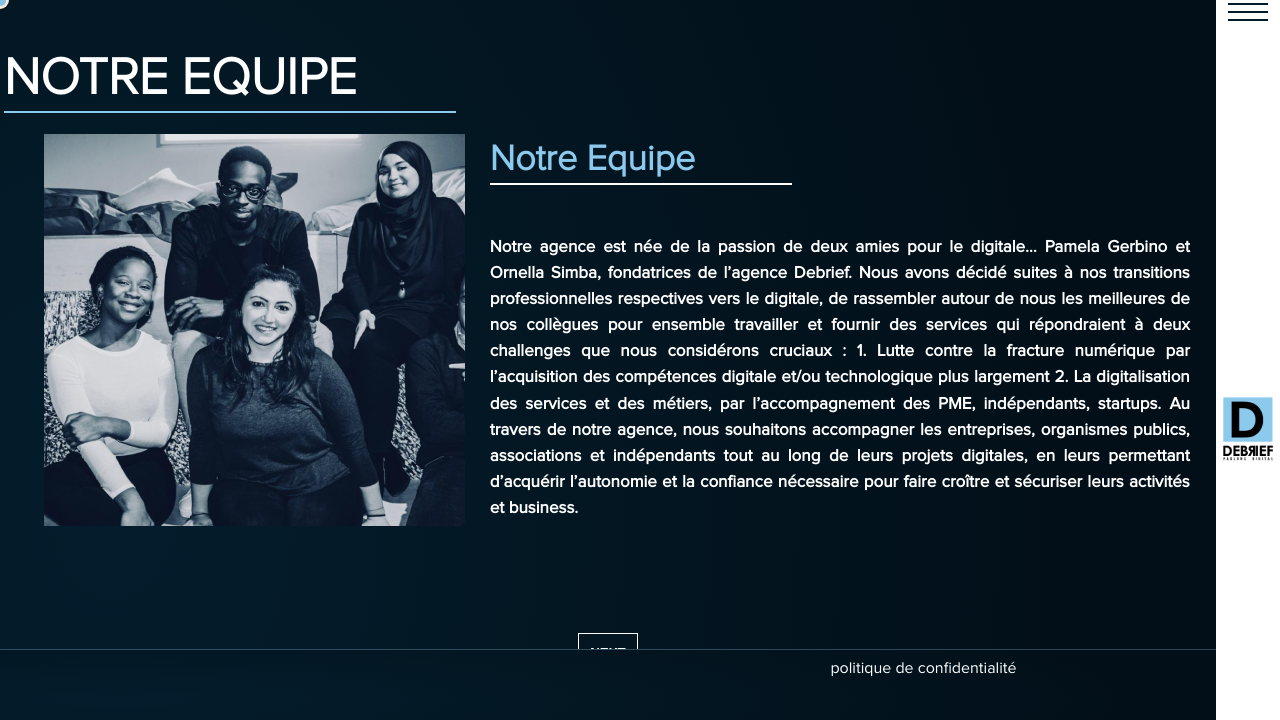
Repository: keloriane/debriefs
Page: /debriefs/a-propos
These files come from the project's save history. The page is drawn as it stood at one moment and after the next save; the edit follows.
The browser window is 1280 px wide. The pictures show the whole page.
The project was rebuilt for these pictures with package versions that can differ from the ones it lists, and the page was loaded fresh each time. Also part of the build but not shown: src/components/Title/Title.jsx, src/components/page/Contact/Contact.jsx, src/components/Nav/Nav.jsx, src/components/page/Home/Home.jsx, src/components/page/Service/Services.jsx, src/components/page/Service/ServiceDetails.jsx, src/components/page/Webinaire/Webinaires.jsx, src/components/page/Techspace/Techspace.jsx and 7 more. Imported but missing from the stored project, and not drawn on this page: src/assets/video/video.mp4.

Above is the page before, as saved 2020-07-28 13:51:26.

### public/index.html
<!DOCTYPE html>
<html lang="en">
  <head>
    <meta charset="utf-8" />
    <link rel="icon" href="%PUBLIC_URL%/favicon.ico" />
    <meta name="viewport" content="width=device-width, initial-scale=1" />
    <meta name="theme-color" content="#000000" />
    <meta
      name="description"
      content="Web site created using create-react-app"
    />
    <link rel="apple-touch-icon" href="%PUBLIC_URL%/logo192.png" />
    <link href="https://fonts.googleapis.com/css2?family=Inter:wght@300;400;600;700&display=swap" rel="stylesheet">
    <link rel="manifest" href="%PUBLIC_URL%/manifest.json" />
    <title>React App</title>
  </head>
  <body>
    <noscript>You need to enable JavaScript to run this app.</noscript>
    <div id="root"></div>
  </body>
</html>

### src/App.scss

@import "./assets/style/module/variables.scss";
@import "./assets/style/module/breakpoints.scss";



h2, h3{
  font-family:$proxyL;
}
button{
  color: $white;
}
body,
html {
  user-select: none;
  background: $white;
  overscroll-behavior: none;
  margin: 0;
  font-family: "Proxima";
  -webkit-font-smoothing: antialiased;
  -moz-osx-font-smoothing: grayscale;
}

.container {
  width: 1560px;
  min-width: 1560px;
  margin: 0 auto;
  height: 100%;
  @include media("<=1560px") {
    width: 1280px;
    min-width: 1280px;
  }
  @include media("<=desktop") {
    width: 1080px;
    min-width: 1080px;
  }
  @include media("<=1080px") {
    width: 100%;
    min-width: 100%;
  }
  .row {
    display: flex;
    height: 95%;
    padding: 0 32px;
    @include media("<=phone") {
      padding: 0 16px;
    }
  }
  .v-center {
    align-items: center;
  }
  .space-between {
    justify-content: space-between;
  }
}
.intro-container{
  width: 100vw;
  height: 100vh;
  overflow: hidden;
  display: flex;
  align-items: center;
  justify-content: center;
  background: radial-gradient(80.27% 180.6% at 9.33% 71.2%, #0D0D0D 0%, #041D2C 100%);

}

#loader{
  width: 30vw;
}

path{
  overflow: hidden;
}

a{
  text-decoration: none;
}

.container-fluid {
  width: 95%;
  height: 100%;
  .row {
    display: flex;
    height: 95%;
  }

}
#page{
  background: radial-gradient(80.27% 180.6% at 9.33% 71.2%, #0D0D0D 0%, #020f18 100%);
  width: 100vw;
  height: 100vh;
  background-color: #fff;
  overflow: inherit;
  @include media('<=tablet'){
    height: 100%;
    width: 100%;
  }
}

*{
  padding: 0;
  margin: 0;

}

### src/components/page/Main/Main.jsx
import React,{useState} from "react";
import "./main.scss";

import "./main.scss";
import {teams} from "./team";
import { HomeB } from "../../BreadCrumbs/HomeB";

const Main = () => {

    let [index , setIndex] = useState(0)

    console.log(index);

    const [slide , setSlide] = useState({
        team : teams[index]
    })
    console.log(slide);

    const nextSlide = () => {

        setIndex(index+1)
        setSlide({
            team: teams[index]
        })
        if(index === 2 ){
            setIndex(0)
        }
    }



    return (
        <>
        <div id="main-about-page">
            <div className="logo-content-about">
                <HomeB />
            </div>
            <div className="about-media-content">
                <div className="title-content">
                    <h2>NOTRE EQUIPE</h2>
                    <div className="underline"></div>
                </div>
                <div className="team-content">

                <div className="image-container">
                    <img src={slide.team.image} alt="" />
                </div>

            <div className="about-text-content">
                <h3 className="about-title">{slide.team.title}</h3>
                <div className="underline-about"></div>
                <p className="about-text">
                   {slide.team.about}
                </p>
            </div>
            </div>

                </div>
        <button onClick={nextSlide}>
            next
        </button>
        </div>
        </>
    )
}
export default Main;

### src/components/page/Footer/Footer.jsx
import React from "react";
import "./footer.scss"

const Footer = () => {
    return (
        <div id="footer">
            <div className="logo-footer">


            </div>
            <div className="links">
            <a href="politique de fonidentialité pdf">politique de confidentialité</a>

            </div>
        </div>
    )
}
export default Footer;

### src/assets/style/module/variables.scss
$white:#ffffff;
$lBlue:#8CCAED;
$dBlue:#041D2C;
$gradient: radial-gradient(80.27% 180.6% at 9.33% 71.2%, #041d2c 0%, #020f18 100%);
$gradientInner: radial-gradient(80.27% 180.6% at 9.33% 71.2%, #041B28 0%, #03141F 100%);
$proxy: "Proxima";
$proxyB: "Proxima-bold";
$proxyL: "Proxima-light";


@font-face {
    font-family: "Proxima";
    src: url("./../../fonts/ProximaNova-Regular.otf") format("opentype"),


}

@font-face {
    font-family: "Proxima-bold";
    src: url("./../../fonts/ProximaNova-Bold.otf") format("opentype"),
}
@font-face {
    font-family: "Proxima-light";
    src: url("./../../fonts/ProximaNova-Light.otf") format("opentype"),
}

### src/components/page/Main/main.scss
//head
@import "./../../../assets/style/module/variables.scss";
@import "./../../../assets/style/module/breakpoints.scss";

.logo-content-about{
  svg{

    @include media("<=1365px"){
      display: none;
    }
  }
}


#main-about-page {
  display: flex;
  color: $white;
  justify-content: space-around;
  width: 95vw;
  height: 100vh;
  align-items: center;
  background: $gradient;
  flex-wrap: wrap;
  @include media("<=tablet"){
    height: 100%;
  }
  .about-media-content{
    display: flex;
    flex-flow: column;
    height: 490px;
    justify-content: space-around;
    .team-content{
      display: flex;

    }
    .image-container{
      margin-left: 40px;
      display: flex;
      align-items: center;
      @include media("<=tablet"){
        margin-left: 0;
      }
      img{
        width: 100%;
        max-width: 450px;
        min-width: 310px;
      }
    }

    h2 {
      font-size: 52px;
      line-height: 63px;
      color: #FFFFFF;
      @include media("<=tablet"){
        font-size: 4vw;
      }
    }

  }



  .about-text-content {
    max-width: 700px;
    width: 100%;
    padding:25px;
    p{
      text-align: justify;
    }

    .underline-about {
      width: 100%;
      max-width: 300px;
      border: .5px solid #FFFFFF;
    }

    .about-title {
      font-weight: 600;
      font-size: 36px;
      line-height: 45px;

      color: $lBlue;
    }

    .about-text {
      margin-top: 50px;
      font-weight: 600;
      font-size: 17px;
      line-height: 154.3%;
      /* or 25px */


      color: #FFFFFF;

    }
  }

}

### src/components/Cursor/cursor.scss
@import "./../../assets//style/module/easing.scss";
@function rem($pixel) {
    @return $pixel/16+rem;
}
$desktop: 1920px;
.c-cursor {
    height: rem(18);
    position: fixed;
    left: rem(-9);
    top: rem(-9);
    z-index: 9;
    width: rem(18);
    display: flex;
    justify-content: center;
    align-items: center;
    transition: 1s cubic-bezier(0.19, 1, 0.22, 1);
    pointer-events: none;
    backface-visibility: hidden;
    mix-blend-mode: difference;
    &:before {
        // border: 1px solid hsla(0, 0%, 83%, 1);
        background-color: #ffffff;
        border-radius: 50%;
        height: 100%;
        content: "";
        width: 100%;
        position: absolute;
        left: 0;
        top: 0;
        mix-blend-mode: difference;
        .is-hover & {
            mix-blend-mode: difference;
            transform: scale(2.5);
            transition: all 0.3s $easeOutQuad;
        }
    }
}

button {
    height: 40px;
    width: 60px;
}

#box-css {
    animation: slidein 20s infinite;
}

@keyframes slidein {
    from {
        transform: translateX(-500px);
    }
    to {
        transform: translateX(1000px);
    }
}

#inner-cursor {
    height: 10px;
    position: fixed;
    z-index: 10;
    width: 10px;
    display: flex;
    left: -0.25rem;
    top: -0.25rem;
    justify-content: center;
    align-items: center;
    background-color: #85C3E6;
    border-radius: 100%;
    pointer-events: none;
    &:before {
        background-color: #85C3E6;
        border-radius: 50%;
        height: 100%;
        width: 100%;
        position: absolute;
        left: 10;
        top: 10;
        .is-hover & {
            border: 1px solid hsla(274, 100%, 50%, 1);
            transform: scale(2.5);
        }
    }
}

### src/components/page/Service/services.scss
@import "./../../../assets//style//module/variables.scss";
@import "./../../../assets//style//module/breakpoints.scss";
#services {
  background: $gradient;
  width: 95vw;
  height: 100vh;
  display: flex;
  align-items: center;
  .logo-bread{
    margin-left: 40px;
  }
  .logo-layer{
    margin-left: 50px;
  }
  @include media('<=652px'){
    height: 100%;
  }
  @include media('<=phone'){
    height: 100%;
    width: 320px;
    margin: 0 auto;
    background:none;
  }

  .service-container {
    margin: 0 auto;
  }
  .title-service {
    max-width: 409px;
    height: 88px;
    h2 {
      font-family: "Proxima";
      font-style: normal;
      font-weight: 600;
      font-size: 52px;
      line-height: 63px;
      color: #ffffff;
      text-transform: uppercase;
    }
  }
  .services-grid {
    width: 100%;
    max-width: 800px;
    margin: 0 auto;
    display: flex;

    flex-wrap: wrap;
    justify-content: space-around;
    align-items: center;
    @include media('<=phone'){
      height: 100%;
      width: 320px;
      margin: 0 auto;
    }

    .service-item {
      width: 310px;
      height: 165px;
      display: flex;
      flex-flow: column;
      justify-content: space-around;
      margin-top: 45px;
      .number {
        align-self: flex-end;
      }
      .headline-service {
        display: flex;
        justify-content: space-between;
        h3 {
          font-style: normal;
          font-weight: bold;
          font-size: 21px;
          line-height: 26px;
          color: #ffffff;
        }
      }
      p {
        font-family: "Proxima";
        font-style: normal;
        font-weight: 500;
        font-size: 18px;
        line-height: 22px;

        color: #fcfcfc;
      }
      .underline-service {
        width: 269px;
        border: 0.5px solid white;
      }
    }
  }
}

### src/components/page/Webinaire/webinaires.scss
@import "./../../../assets/style/module/variables.scss";
@import "./../../../assets/style/module/breakpoints.scss";


#webinaire {
    width: 100vw;
    background: $gradient;

    position: relative;

    .timeline {
        height: 100%;
        width: 1px;
        margin: auto;
        top: 0;
        position: absolute;
        left: 50%;
        transform: translate( -50%);
        background-color: white;
    }

    #webinaire-page {
        width: 891px;
        margin: 0 auto;
        display: flex;
        flex-flow: column;
        position: relative;

        .webinaire-item {
            display: flex;
            position: relative;
            align-items: center;
            justify-content: space-between;
            width: 470px;
            height: 320px;


            &.reverse {
                align-self: flex-end;
                flex-flow: row-reverse;

                .timeline-dot {
                    justify-self: flex-start;

                    .webinaire-image {
                        img {
                            right: -14px;
                        }

                    }
                }
            }

            .webinaire-image {
                img {
                    max-width: 250px;
                    width: 100%;
                    position: absolute;
                    right: 100px;
                    top: 77px;


                }
            }

            .webinaire-content {
                position: relative;
                z-index: 1;

                h3 {
                    font-family: "Proxima";
                    font-style: normal;
                    font-weight: 600;
                    font-size: 29px;
                    line-height: 35px;
                    color: #FFFFFF;
                }

                .webinaire-credits {
                    font-family: "Proxima";
                    font-style: normal;
                    font-weight: 600;
                    font-size: 17px;
                    line-height: 21px;
                    color: $lBlue;
                }

                .webinaire-date {
                    font-size: 15px;
                    line-height: 16px;
                    color: #BFBFBF;
                }
            }

            .timeline-dot {
                width: 50px;
                height: 50px;
                background-color: #fff;
                border-radius: 100%;
            }
        }
    }
}

### src/components/MenuBox/menu.scss
@import "./../../assets/style/module/variables.scss";

  .menu-box {
    width: 100%;
    height: 100vh;
    overflow: hidden;
    position: fixed;
    display: grid;
    top: 0;
    left: 0;
    grid-template-columns: 20% 30% 50%;
    grid-template-rows: 60% 40%;
    grid-template-areas:
      "item3 item2 item1"
      "item4 item4 item1";
    z-index: 0;
    display:grid;
      .menu__item {
          overflow: hidden;

          &.menu__item1 {

              background: $dBlue;
              grid-area: item1;
              transform: translateY(-100%);
            }
            &.menu__item2 {
                background: $dBlue;

                transform: translateX(-170%);
                grid-area: item2;
            }
            &.menu__item3 {
                background: $white;

                transform: translateX(-100%);
                grid-area: item3;
            }
            &.menu__item4 {
                background: $lBlue;
                grid-area: item4;
                transform: translateX(-100%);

            }
            &.menu__item5 {
                background: $white;
                grid-area: item5;



            }
        }

      .menu__item-inner {
        display: flex;
        flex-direction: column;

        align-items: center;
        height: 100%;
        a {
          font-size: 2vw;
          overflow: visible;
          margin: 0.5rem 0;
          padding: 0 0.5rem;
          position: relative;
          transition: color 0.3s;
          color: $white;
          &:hover{
              color: $lBlue;
          }

        }
      }
    }




// .menu-box {
//     text-align: center;
//     width: 100%;
//     height: 100vh;
//     overflow: hidden;
//     position: fixed;
//     top: 0;
//     left: 0;
//     z-index: 200;
//     display: grid;
//     grid-template-columns: 100%;
//     grid-template-rows: repeat(3,33.33%);
//     pointer-events: none;
// }

### src/components/page/Footer/footer.scss
@import "./../../../assets/style/module/variables.scss";

#footer{
    height: 50px;
    border-top: 1px solid rgba(133, 195, 230, 0.31);
    position: fixed;
    bottom: 0;
    width: 100%;
    background: $gradient;
    padding: 10px;
    display: flex;
    justify-content: space-around;
    a{
        color: white;
    }
    img{
        width: 60px;
    }
}

### src/components/page/Blog/Blog.scss
@import "./../../../assets/style/module/variables.scss";
@import "./../../../assets/style/module/breakpoints.scss";

#blog {
  width: 100vw;
  height: 100%;
  background: $gradient;
  color: $white;
  display: flex;
  align-items: center;
  .underline{
      margin-top: 5px;
      width: 180px;
  }
  .inner-blog{
      width: 1240px;
      height: 700px;

      margin: 0 auto;
      .blog-wrapper {
        margin-top: 50px;
        width: 100%;
        height: 100%;
        display: flex;
        flex-wrap: wrap;
        justify-content: space-around;
        overflow-y: scroll;

        .blog-article {
          background: radial-gradient(
            80.27% 180.6% at 9.33% 71.2%,
            #0d0d0d 0%,
            #041d2c 100%
            );
            overflow: hidden;
          border: 0.5px solid #d7d7d7;
          box-sizing: border-box;
          border-radius: 40px 0px;
          max-width: 450px;
          width: 100%;
          height: 620px;
          margin-bottom: 40px;
          .image-article-container{
              max-height: 255px;
              overflow: hidden;
          }
          .article-headline {
            display: flex;
            height: 20px;
            align-items: center;
            justify-content: space-between;
            padding: 10px;
            .article-title {
              font-family: $proxyL;
              font-size: 24px;
              line-height: 154.3%;
              font-weight: 200;
              /* or 37px */

              color: #ffffff;

            }
            .article-time{
                font-size: 10px;
            }
        }
                .article-content {
                    padding: 24px;
                    p{
                        text-align: justify;
                        font-size: 16px;
                        line-height: 154.3%;
    /* or 25px */
                    }
                }
          img {
            width: 100%;
            filter: saturate(0%);
          }
        }
      }
  }
}

### src/components/page/Dcg/dcg.scss
@import "./../../../assets/style/module/variables.scss";
@import "./../../../assets/style/module/breakpoints.scss";

#digital-career-center {
  width: 95vw;
  height: 100vh;
  background-color: $white;
  .inner-container {
    display: flex;
    max-width: 1280px;
    width: 100%;
    height: 100%;
    justify-content: space-around;
    align-items: center;
    flex-flow: wrap;
    margin: 0 auto;
    .dcg-image-container {
      .inner-image {
        max-width: 589px;
        width: 100%;
        height: 366px;
        position: relative;
      }
      .inner-image {
          .bus{
            position: absolute;
            bottom: -61px;
            right: -20px;
          }
      }
    }
    .inner-text-content {
      .title-back-layer {
        position: absolute;
        left: 29%;
        background-color: $dBlue;
        height: 50px;
        display: flex;
        align-items: center;
        margin-bottom: 20px;
        top: 31%;
        // width: 272px;
        padding: 10px;
        overflow: hidden;
        h2 {
          text-transform: uppercase;
          color: $white;
          font-size: 45px;
        }
        @include media("<=tablet") {
          position: relative;
          display: block;
          left: 0;
          top: 0;
        }
      }
      .text-inner-content {
        width: 100%;
        max-width: 616px;
        margin-top: 50px;
        p {
          font-weight: 300;
          font-size: 16px;
          line-height: 175.9%;
          /* or 28px */

          text-align: justify;
          letter-spacing: 0.05em;
        }
      }
    }
  }
}

### src/components/Title/title.scss
@import "./../../assets/style/module/variables.scss";
@import "./../../assets/style/module/breakpoints.scss";
.title-container{
    display: flex;
    flex-flow: column;
    justify-content: space-around;

    h2{
        font-size: 52px;
        color: white;
        @include media('<=phone'){

            margin: 0 auto;
            font-size: 20px;

          }
    }
    .underline{

        width: 100%;
        max-width: 340px;
    }


}

### src/components/Nav/nav.scss
@import "./../../assets/style/module/variables.scss";
.home-nav {
    ul {
        display: flex;
        justify-content: space-around;
        align-items: center;

        li {
            list-style: none;

            a {
                font-family: "Proxima";
                font-style: normal;
                font-weight: bold;
                font-size: 18px;
                line-height: 175.9%;
                /* or 32px */
                text-align: center;
                letter-spacing: 0.05em;
                color: $white;
                text-transform: uppercase;
                text-decoration: none;
            }

            button {
                position: relative;
                width: 169px;
                height: 49px;
                border: 1px solid $white;
                box-sizing: border-box;
                background: none;
                text-transform: uppercase;
                font-weight: bold;
                    color: $white;

            }
        }
    }
}

### src/assets/style/module/easing.scss
$linear: cubic-bezier(0.250, 0.250, 0.750, 0.750);
$ease: cubic-bezier(0.250, 0.100, 0.250, 1.000);
$ease-in: cubic-bezier(0.420, 0.000, 1.000, 1.000);
$ease-out: cubic-bezier(0.000, 0.000, 0.580, 1.000);
$ease-in-out: cubic-bezier(0.420, 0.000, 0.580, 1.000);
$easeInQuad: cubic-bezier(0.550, 0.085, 0.680, 0.530);
$easeInCubic: cubic-bezier(0.550, 0.055, 0.675, 0.190);
$easeInQuart: cubic-bezier(0.895, 0.030, 0.685, 0.220);
$easeInQuint: cubic-bezier(0.755, 0.050, 0.855, 0.060);
$easeInSine: cubic-bezier(0.470, 0.000, 0.745, 0.715);
$easeInExpo: cubic-bezier(0.950, 0.050, 0.795, 0.035);
$easeInCirc: cubic-bezier(0.600, 0.040, 0.980, 0.335);
$easeInBack: cubic-bezier(0.600, -0.280, 0.735, 0.045);
$easeOutQuad: cubic-bezier(0.250, 0.460, 0.450, 0.940);
$easeOutCubic: cubic-bezier(0.215, 0.610, 0.355, 1.000);
$easeOutQuart: cubic-bezier(0.165, 0.840, 0.440, 1.000);
$easeOutQuint: cubic-bezier(0.230, 1.000, 0.320, 1.000);
$easeOutSine: cubic-bezier(0.390, 0.575, 0.565, 1.000);
$easeOutExpo: cubic-bezier(0.190, 1.000, 0.220, 1.000);
$easeOutCirc: cubic-bezier(0.075, 0.820, 0.165, 1.000);
$easeOutBack: cubic-bezier(0.175, 0.885, 0.320, 1.275);
$easeInOutQuad: cubic-bezier(0.455, 0.030, 0.515, 0.955);
$easeInOutCubic: cubic-bezier(0.645, 0.045, 0.355, 1.000);
$easeInOutQuart: cubic-bezier(0.770, 0.000, 0.175, 1.000);
$easeInOutQuint: cubic-bezier(0.860, 0.000, 0.070, 1.000);
$easeInOutSine: cubic-bezier(0.445, 0.050, 0.550, 0.950);
$easeInOutExpo: cubic-bezier(1.000, 0.000, 0.000, 1.000);
$easeInOutCirc: cubic-bezier(0.785, 0.135, 0.150, 0.860);
$easeInOutBack: cubic-bezier(0.680, -0.550, 0.265, 1.550);

Loaded but not shown: src/index.js (common file); src/index.css (common file); src/serviceWorker.js (common file); src/App.js (104 lines, source omitted); src/components/page/Main/team.js (26 lines, source omitted); src/functions/Animation.js (104 lines, source omitted); src/components/Cursor/Cursor.js (55 lines, source omitted); src/components/Loader/Loader.jsx (42 lines, source omitted); src/components/page/Home/home.scss (379 lines, source omitted); src/assets/style/module/breakpoints.scss (329 lines, source omitted); src/view/Menu/Menu.jsx (127 lines, source omitted); src/components/page/Service/ServiceDetails.scss (230 lines, source omitted); src/components/Header/Header.jsx (138 lines, source omitted); src/components/page/Contact/contact.scss (182 lines, source omitted); src/view/Menu/menu.scss (184 lines, source omitted); src/components/BreadCrumbs/HomeB.jsx (51 lines, source omitted); src/components/Header/header.scss (103 lines, source omitted); src/components/page/Techspace/techspace.scss (155 lines, source omitted)

After the next save:
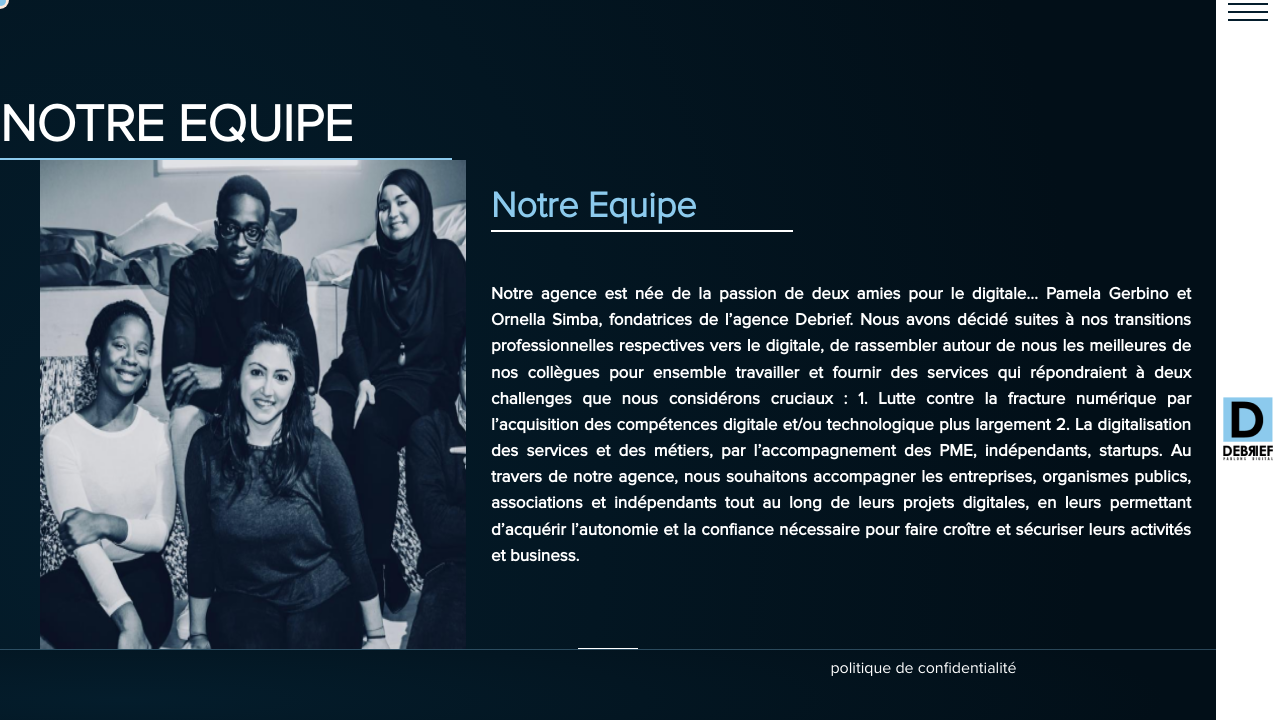
Saved 47 s later.
--- a/src/components/page/Main/main.scss
+++ b/src/components/page/Main/main.scss
@@ -42,8 +42,8 @@
       }
       img{
         width: 100%;
-        max-width: 450px;
-        min-width: 310px;
+
+        min-height: 490px;
       }
     }
 
